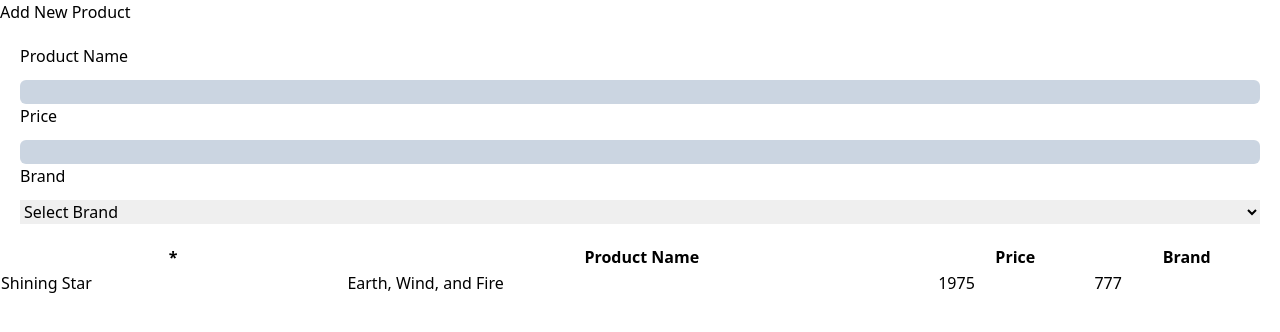
Repository: Semanmernstack/next-13-prisma-crud
Page: /product
The author's editor kept a copy of each file at every save. The page is drawn from the files as they stood at one save, then again after the next save.
The browser window is 1280 px wide. The pictures show the whole page.
The project was rebuilt for these pictures with package versions that can differ from the ones it lists, and the page was loaded fresh each time. The framework's server and built-in components were replaced by stand-ins that run in the browser. Also part of the build but not shown: next.config.js.

Above is the page before, as saved 2023-06-01 01:05:52.

After the next save:
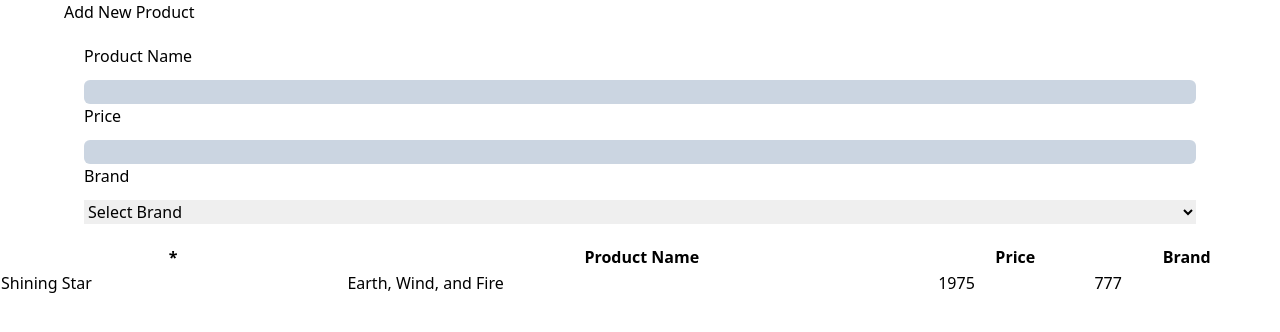
Saved 30 s later.
--- a/app/components/AddPrisma.tsx
+++ b/app/components/AddPrisma.tsx
@@ -11,7 +11,7 @@
         setOpen(false)
     }
   return (
-    <div className=' mx-auto max-w-7xl'>
+    <div className=' mx-auto max-w-6xl'>
         <button onClick={handleOpen}>Add New Product</button>
         <form className=" flex flex-col    decoration-slate-400 p-5 z-50" >
             <div className='flex flex-col space-y-3 w-full'>
